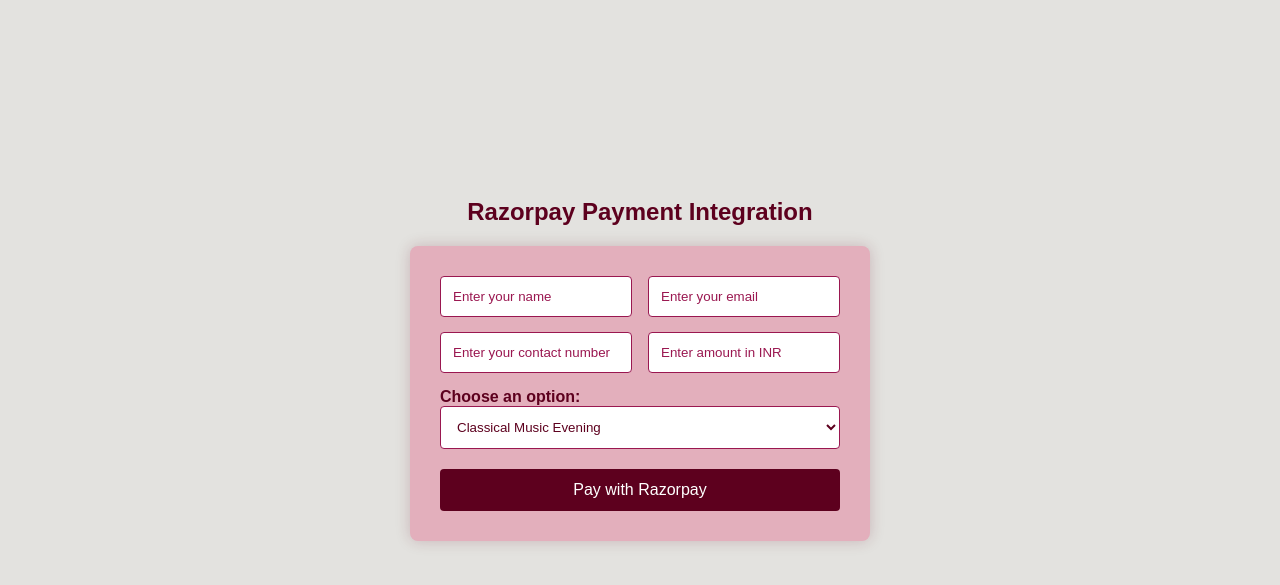
Repository: SharonSebastian32/razorpaypaymentgateway_implementation
Page: bookEventpage.html
The author's editor kept a copy of each file at every save. The page is drawn from the files as they stood at one save, then again after the next save.
The browser window is 1280 px wide. The pictures show the whole page.

Above is the page before, as saved 2024-08-09 07:04:06.

### bookEventpage.html
<!DOCTYPE html>
<html lang="en">
  <head>
    <meta charset="UTF-8" />
    <meta name="viewport" content="width=device-width, initial-scale=1.0" />
    <title>Razorpay Payment Integration</title>
    <style>
      body {
        font-family: Arial, sans-serif;
        background-color: #e3e2df;
        display: flex;
        justify-content: center;
        align-items: center;
        height: 100vh;
        margin: 0;
      }

      h2 {
        text-align: center;
        color: #5d001e;
        margin-bottom: 20px;
      }

      #paymentForm {
        background-color: #e3afbc;
        padding: 30px;
        border-radius: 8px;
        box-shadow: 0 0 15px rgba(93, 0, 30, 0.2);
        width: 400px;
      }

      .form-row {
        display: flex;
        justify-content: space-between;
        margin-bottom: 15px;
      }

      .form-group {
        flex: 0 0 48%;
      }

      input,
      select {
        width: 100%;
        padding: 12px;
        border: 1px solid #9a1750;
        border-radius: 4px;
        box-sizing: border-box;
        background-color: #fff;
        color: #5d001e;
      }

      input::placeholder {
        color: #9a1750;
      }

      label {
        display: block;
        margin-top: 15px;
        color: #5d001e;
        font-weight: bold;
      }

      #rzp-button1 {
        width: 100%;
        padding: 12px;
        background-color: #5d001e;
        color: white;
        border: none;
        border-radius: 4px;
        cursor: pointer;
        font-size: 16px;
        margin-top: 20px;
        transition: background-color 0.3s ease;
      }

      #rzp-button1:hover {
        background-color: #9a1750;
      }
    </style>
  </head>
  <body>
    <div>
      <h2>Razorpay Payment Integration</h2>
      <form id="paymentForm">
        <div class="form-row">
          <div class="form-group">
            <input
              type="text"
              id="name"
              placeholder="Enter your name"
              required
            />
          </div>
          <div class="form-group">
            <input
              type="email"
              id="email"
              placeholder="Enter your email"
              required
            />
          </div>
        </div>
        <div class="form-row">
          <div class="form-group">
            <input
              type="text"
              id="contact"
              placeholder="Enter your contact number"
              required
            />
          </div>
          <div class="form-group">
            <input
              type="text"
              id="amount"
              placeholder="Enter amount in INR"
              required
            />
          </div>
        </div>
        <label for="choices">Choose an option:</label>
        <select id="choices" name="choices">
          <!-- Options will be dynamically generated here -->
        </select>
        <button id="rzp-button1" type="submit">Pay with Razorpay</button>
      </form>
    </div>

    <!--------------------------paymentGatewayScripts--------------->
    <script src="./Script/paymentGateway.js"></script>

    <!--------------------------razorpayScript ---------------------->
    <script src="https://checkout.razorpay.com/v1/checkout.js"></script>
  </body>
</html>

### Script/paymentGateway.js
document.getElementById("paymentForm").addEventListener("submit", function (e) {
  e.preventDefault();
  var name = document.getElementById("name").value;
  var email = document.getElementById("email").value;
  var contact = document.getElementById("contact").value;
  var amount = document.getElementById("amount").value * 100;
  // Convert amount to paise

  var options = {
    key: "rzp_test_gCzBTQcb92KH3e", // Enter the Key ID generated from the Dashboard
    amount: amount.toString(), // Amount in currency subunits (100 paise = 1 INR)
    currency: "INR",
    name: "Ozwalz Events",
    description: "Thank You for booking event with Ozwalz Events",
    image: "./assets/images/logo.png",

    handler: function (response) {
      // Handle the response from Razorpay after payment
      // You can redirect to another page or save the response to your database
    },
    prefill: {
      name: name,
      email: email,
      contact: contact,
    },
    notes: {
      description: "Thank You for booking event with Ozwalz Events",
    },
    theme: {
      color: "#red",
    },
  };

  var rzp1 = new Razorpay(options);
  rzp1.open();
});

// API FOR FETCHING EVENTNAME

let eventData;

fetch("./JSON/event.json")
  .then((response) => response.json())
  .then((data) => {
    eventData = data;

    // Populate the select element with event names
    const selectElement = document.getElementById("choices");
    data.forEach((event) => {
      const option = document.createElement("option");
      option.value = event.id;
      option.text = event.eventName;
      selectElement.add(option);
    });

    // Add event listener to the select element
    selectElement.addEventListener("change", updatePriceInput);
  })
  .catch((error) => console.error("Error:", error));

function updatePriceInput() {
  const selectedEventId = document.getElementById("choices").value;
  const selectedEvent = eventData.find((event) => event.id === selectedEventId);

  if (selectedEvent) {
    document.getElementById("amount").value = selectedEvent.price.basePrice;
  } else {
    document.getElementById("amount").value = "";
  }
}

Loaded but not shown: JSON/event.json (899 lines, source omitted)

After the next save:
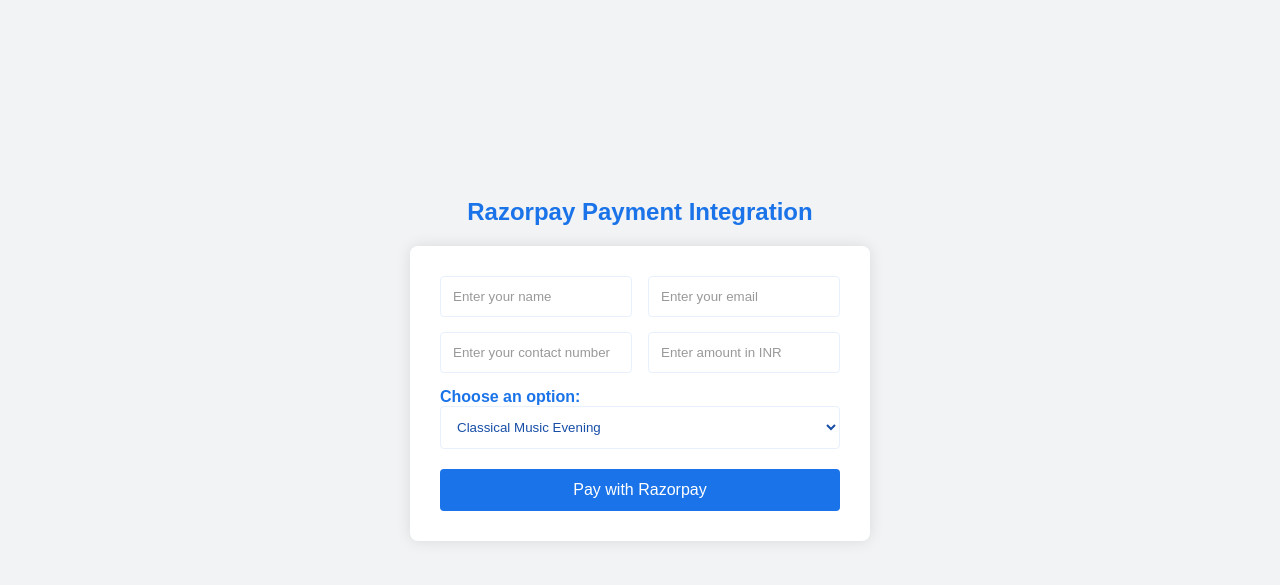
Saved 109 s later.
--- a/bookEventpage.html
+++ b/bookEventpage.html
@@ -5,9 +5,17 @@
     <meta name="viewport" content="width=device-width, initial-scale=1.0" />
     <title>Razorpay Payment Integration</title>
     <style>
+      :root {
+        --primary-blue: #1a73e8;
+        --light-blue: #e8f0fe;
+        --dark-blue: #174ea6;
+        --white: #ffffff;
+        --light-gray: #f1f3f4;
+      }
+
       body {
         font-family: Arial, sans-serif;
-        background-color: #e3e2df;
+        background-color: var(--light-gray);
         display: flex;
         justify-content: center;
         align-items: center;
@@ -17,15 +25,15 @@
 
       h2 {
         text-align: center;
-        color: #5d001e;
+        color: var(--primary-blue);
         margin-bottom: 20px;
       }
 
       #paymentForm {
-        background-color: #e3afbc;
+        background-color: var(--white);
         padding: 30px;
         border-radius: 8px;
-        box-shadow: 0 0 15px rgba(93, 0, 30, 0.2);
+        box-shadow: 0 0 15px rgba(0, 0, 0, 0.1);
         width: 400px;
       }
 
@@ -43,29 +51,36 @@
       select {
         width: 100%;
         padding: 12px;
-        border: 1px solid #9a1750;
+        border: 1px solid var(--light-blue);
         border-radius: 4px;
         box-sizing: border-box;
-        background-color: #fff;
-        color: #5d001e;
+        background-color: var(--white);
+        color: var(--dark-blue);
+        transition: border-color 0.3s ease;
+      }
+
+      input:focus,
+      select:focus {
+        outline: none;
+        border-color: var(--primary-blue);
       }
 
       input::placeholder {
-        color: #9a1750;
+        color: #999;
       }
 
       label {
         display: block;
         margin-top: 15px;
-        color: #5d001e;
+        color: var(--primary-blue);
         font-weight: bold;
       }
 
       #rzp-button1 {
         width: 100%;
         padding: 12px;
-        background-color: #5d001e;
-        color: white;
+        background-color: var(--primary-blue);
+        color: var(--white);
         border: none;
         border-radius: 4px;
         cursor: pointer;
@@ -75,7 +90,7 @@
       }
 
       #rzp-button1:hover {
-        background-color: #9a1750;
+        background-color: var(--dark-blue);
       }
     </style>
   </head>
